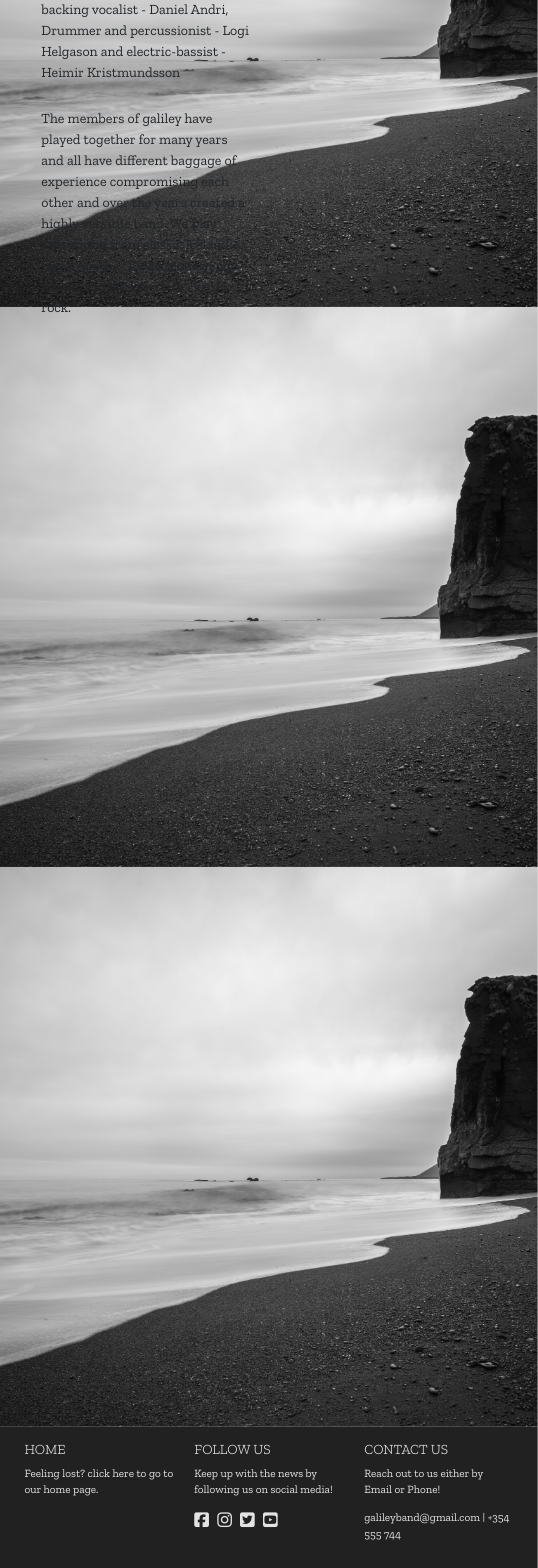
Repository: HeimirDavid/Galiley-Website
Page: index.html
The author's editor kept a record of every edit. The page is drawn from the files as they stood at one moment, then again after the next edit.
The browser window is 768 px wide. The pictures show the part of the page from y = 766 to 3006 px (the page is 3006 px tall before and 2046 px after), at 70% of full size.
Backgrounds fixed to the window are drawn as part of the page. Some web libraries are served in a nearby version.

Above is the page before.

### index.html
<!DOCTYPE html>
<html lang="en">

<head>
    <meta charset="UTF-8">
    <meta name="viewport" content="width=device-width, initial-scale=1.0">
    <meta http-equiv="X-UA-Compatible" content="ie=edge">

    <link rel="stylesheet" href="https://stackpath.bootstrapcdn.com/bootstrap/4.3.1/css/bootstrap.min.css" integrity="sha384-ggOyR0iXCbMQv3Xipma34MD+dH/1fQ784/j6cY/iJTQUOhcWr7x9JvoRxT2MZw1T" crossorigin="anonymous">
    <link rel="stylesheet" href="https://cdnjs.cloudflare.com/ajax/libs/hover.css/2.3.1/css/hover-min.css" type="text/css" />
    <link rel="stylesheet" href="assets/css/style.css" type="text/css" />

    <script src="https://code.jquery.com/jquery-3.3.1.slim.min.js" integrity="sha384-q8i/X+965DzO0rT7abK41JStQIAqVgRVzpbzo5smXKp4YfRvH+8abtTE1Pi6jizo" crossorigin="anonymous"></script>
    <script src="https://cdnjs.cloudflare.com/ajax/libs/popper.js/1.14.7/umd/popper.min.js" integrity="sha384-UO2eT0CpHqdSJQ6hJty5KVphtPhzWj9WO1clHTMGa3JDZwrnQq4sF86dIHNDz0W1" crossorigin="anonymous"></script>
    <script src="https://stackpath.bootstrapcdn.com/bootstrap/4.3.1/js/bootstrap.min.js" integrity="sha384-JjSmVgyd0p3pXB1rRibZUAYoIIy6OrQ6VrjIEaFf/nJGzIxFDsf4x0xIM+B07jRM" crossorigin="anonymous"></script>
    <script src="https://kit.fontawesome.com/2ea8c5e5d2.js" crossorigin="anonymous"></script>

    <title>Galiley</title>
</head>

<body>
    <header>
        <!------ Header Navigation Menu, Mainly written with bootstrap  ------>
        <div class="row no-gutters">
            <div class="col black-container">
                <nav class="navbar fixed-top navbar-expand-md navbar-dark bg-dark" id="navbar-black-color"> <!-- Navbar position with help of this  -->
                    <a class="navbar-brand" href="index.html">Galiley - Home</a>                            <!-- tutorial: https://www.youtube.com/watch?v=NzjU1GmKosQ&t=90s  -->
                    <button class="navbar-toggler" type="button" data-toggle="collapse" data-target="#navbarSupportedContent" aria-controls="navbarSupportedContent" aria-expanded="false" aria-label="Toggle navigation">
                    <span class="navbar-toggler-icon"></span></button>
                    <div class="collapse navbar-collapse" id="navbarSupportedContent">
                        <ul class="navbar-nav m-auto">
                            <li class="nav-item menuitem">
                                <a class="nav-link" href="index.html"><span>About</span></a>
                            </li>
                            <li class="nav-item menuitem">
                                <a class="nav-link" href="media.html"><span>Media</span></a>
                            </li>
                            <li class="nav-item menuitem">
                                <a class="nav-link" href="schedule.html"><span>Schedule</span></a>
                            </li>
                            <li class="nav-item menuitem">
                                <a class="nav-link" href="pricing.html"><span>Pricing</span></a>
                            </li>
                            <li class="nav-item menuitem">
                                <a class="nav-link" href="contact.html"><span>Contact</span></a>
                            </li>
                        </ul>
                    </div>
                </nav>
            </div>
        </div>

        <!------ Header Logo Image ------>
        <div class="logo-container">
            <div class="row no-gutters">
                <div class="col header-background-img">
                    <a href="#">
                    <img class="logo-white" src="assets/images/galiley_vit.png">
                </a>
                </div>
            </div>
        </div>

        <!------ Header Text  ------>
        <div class="row no-gutters">
            <div class="col h1-heading">
                <h1>Galiley - The Band For Your Next Event!</h1>
            </div>
        </div>
    </header>

    <!-- About section, inspired by sample projects at CI more specific Haley Schafer - StudentExampleProjectGradeFive-->
    <section id="about-image">
        <div class="container">
            <div class="row about-row">
                <div class="col-md-6">
                    <h2 class="header-h2 uppercase">
                        About
                    </h2>
                    <p class="about-text">
                        Galiley are an Icelandic band of five people of which are some of the most respected, well established
                        and greatly experienced musicians in the north of Iceland. Galiley features lead singer - Freyþór Hrafn,
                        pianist and backing vocalist - Gúðjón Jónsson, guitarist and backing vocalist - Daniel Andri, Drummer and
                        percussionist - Logi Helgason and electric-bassist - Heimir Kristmundsson
                    </p>
                    <p class="about-text">
                        The members of galiley have played together for many
                        years and all have different baggage of experience compromising each other and over the years created a highly
                        versitile band. We play everything from classic Icelandic pop from the '70s to modern pop music, and
                        '80s disco to classic rock.
                    </p>
                </div>
            </div>
        </div>
    </section>

    <footer>        <!------ Footer section, Mainly structured and written with the help from CI tutorials from the Resume-Project.
                             Since i liked the design and strucure and felt that it fits well within this project. ------>
        <div class="container-fluid">
            <div class="row" id="footer-details">
                <div class="col-sm-4">
                    <h5 class="uppercase footer-heading">
                        <a href="index.html" class="footer-links">Home</a>
                    </h5>
                    <p class="inline-block">Feeling lost? click here to go to our home page.</p>
                </div>

                <div class="col-sm-4">
                    <h5 class="uppercase footer-heading">Follow Us</h5>
                    <p class="inline-block">Keep up with the news by following us on social media!</p>
                    <ul class="list-inline social-media-links">
                        <li class="list-inline-item">
                            <a class="footer-links" target="_blank" href="https://www.facebook.com/GalileyBand/">
                                <i class="fab fa-facebook-square"></i>
                                <span class="sr-only">Facebook</span>
                            </a>
                        </li>
                        <li class="list-inline-item">
                            <a class="footer-links" target="_blank" href="#">
                                <i class="fab fa-instagram"></i>
                                <span class="sr-only">Instagram</span>
                            </a>
                        </li>
                        <li class="list-inline-item">
                            <a class="footer-links" target="_blank" href="#">
                                <i class="fab fa-twitter-square"></i>
                                <span class="sr-only">Twitter</span>
                            </a>
                        </li>
                        <li class="list-inline-item">
                            <a class="footer-links" target="_blank" href="#">
                                <i class="fab fa-youtube-square"></i>
                                <span class="sr-only">Youtube</span>
                            </a>
                        </li>
                    </ul>
                </div>

                <div class="col-sm-4">
                    <h5 class="uppercase footer-heading">Contact Us</h5>
                    <p class="inline-block">Reach out to us either by Email or Phone!</p>
                    <p>galileyband@gmail.com | +354 555 744</p>
                </div>
            </div>
        </div>
    </footer>
</body>

</html>

### assets/css/style.css
@import url('https://fonts.googleapis.com/css?family=Zilla+Slab:300,400,500,600,700&display=swap');

body {
    font-family: 'Zilla Slab', serif;
    background-color: #e3e3e3;

}

/*--------------------------------- Colour */

.green-color {
    color: #35af7e;
}

.wine-red-color {
    color: #b11226;
}

/*------------------------------- Special padding/margins/text */

h1, h2, h3, h4, h5 {
    margin: 0;
}

.uppercase {
    text-transform: uppercase;
}

.inline-block {
    display: inline-block;
}


/*--------------------------------- Navbar/Menu */

.navbar {
    opacity: 0.9;
    text-align: center;
    padding-bottom: 1.2em;
}

.menuitem {
    height: 50px;
    text-align: center;
    padding-left: 10px;
    padding-right: 10px;
    margin: 0px 10px 0px 10px;
    border: 1px solid #e3e3e3;
    transition: ease-in-out 0.3s;
    -moz-transition: ease-in-out 0.3s;
    -webkit-transition: ease-in-out 0.3s;
    -o-transition: ease-in-out 0.3s;
}

.menuitem a {
    width: 100%;
    text-decoration: none;
    color: #e3e3e3;
    height: 120px;
}

.menuitem a i {
    padding-top: 22px;
    display: block;
    color: #e3e3e3;
    font-size: 26px;
}

.menuitem span {
    display: block;
    width: 100%;
    padding-top: 5px;
    text-align: center;
    text-transform: uppercase;
    font-size: 14px;
    font-weight: 400;
    letter-spacing: 2px;
    transition: ease-in-out 0.3s;
    -moz-transition: ease-in-out 0.3s;
    -webkit-transition: ease-in-out 0.3s;
    -o-transition: ease-in-out 0.3s;
    color: #e3e3e3;

}

.menuitem:hover {
    background-color: #e3e3e3;
}

.menuitem:hover.menuitem span {
    color: #212121;
}

.navbar::before,     /* Before and After used from inspiration of this tutorial: https://www.youtube.com/watch?v=zGiirUiWslI   */
.navbar::after {
    content: "";
    margin-left: 2em;
    margin-right: 2em;
    width: 18%;
    height: 0.2em;
    background-color: #e3e3e3;
}

.navbar::after {
    width: 20%;
}

.fixed-top {
    padding-top: 1.2em;
}

.navbar-brand {
    display: none;
}

#navbar-black-color {
    background-color: #000!important;
}




/*--------------------------------- Header */

.black-container {
    position: relative;
    top: 0;
    left: 0;
    width: 100%;
    height:6em;
    background-color: #000;
}

.h1-heading {
    color: #fafafa;
    padding: 10px 0px 12px 0px;
    text-align: center;
    background-color: #212121;
    box-shadow: 0px 10px 20px -10px #212121;
}

.h1-heading h1 {
    font-weight: 300;
}

.header-background-img {
    display: block;
    background-image: url("../images/galiley_diddi.jpg");
    padding: 20px;
    background-size: cover;
}

/*
.logo-container {
    margin-top: 7%;
}
*/

.logo-white {
    opacity: 1.9;
    display: block;
    margin-left: auto;
    margin-right: auto;
    width: 70%;
}

/*--------------------------------- Footer */

footer {
    background-color: #212121;
    color: #e3e3e3;
    min-height: 100px;
    margin: 0;
}

.footer-heading {
    font-weight: 300;
    text-decoration: none;
    margin-bottom: 10px;
}

.footer-heading a {
    transition: ease-in-out 0.3s;
    -moz-transition: ease-in-out 0.3s;
    -webkit-transition: ease-in-out 0.3s;
    -o-transition: ease-in-out 0.3s;
}

.footer-heading a:hover {
    color: #a5a5a5;
    text-decoration: none;
}

.footer-links {
    color: #e3e3e3;
}

.social-media-links {
    padding-bottom: 10px;
}

.social-media-links li a i {
    font-size: x-large;
    padding: 10px 0px;
    line-height: 10px;
    transition: ease-in-out 0.3s;
    -moz-transition: ease-in-out 0.3s;
    -webkit-transition: ease-in-out 0.3s;
    -o-transition: ease-in-out 0.3s;
}

.social-media-links li a i:hover {
    color: #35af7e;
}

#footer-details {
    padding: 20px;
}

/*--------------------------------- About Section */

.about-row {
    padding: 40px 10px 20px 10px;
}

.heading-h2 {
    font-weight: 400;
    padding: 10px 10px 20px 10px;
    letter-spacing: 1.5px;
}

.about-text {
    font-size: 20px;
    padding: 10px;
}

/*--------------------------------- Media Queries */

@media (max-width: 767px) {
    .navbar::before,
    .navbar::after {
        display: none;
    }

    .navbar-brand {
        display: block;
    }

    .fixed-top {
        padding: 1em;
    }
}

@media (min-width: 767px) {
    #about-image {
    background-image: url("../images/about-sea-image.jpg");
    background-attachment: fixed;
    background-size: cover;
    height: 100vh;
    width: 100%;
    }

}

@media (min-width: 767px) and (max-width: 1000px) {
    #about-image {
    background-image: url("../images/about-sea-image.jpg");
    background-attachment: fixed;
    background-size: cover;
    height: 300vh;
    width: 100%;
    }
}

After the next edit:
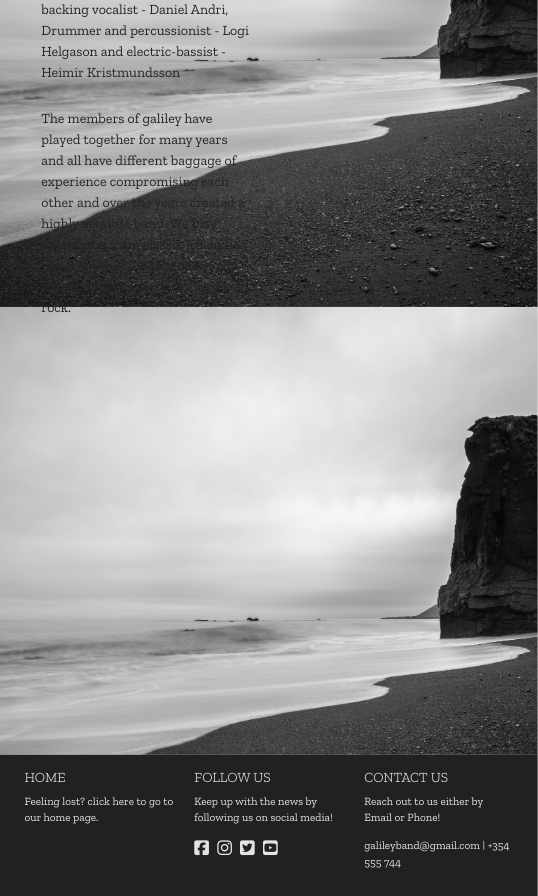
The edit:
--- a/assets/css/style.css
+++ b/assets/css/style.css
@@ -267,7 +267,7 @@
     background-image: url("../images/about-sea-image.jpg");
     background-attachment: fixed;
     background-size: cover;
-    height: 300vh;
-    width: 100%;
-    }
-}
+    height: 180vh;
+    width: 100%;
+    }
+}
